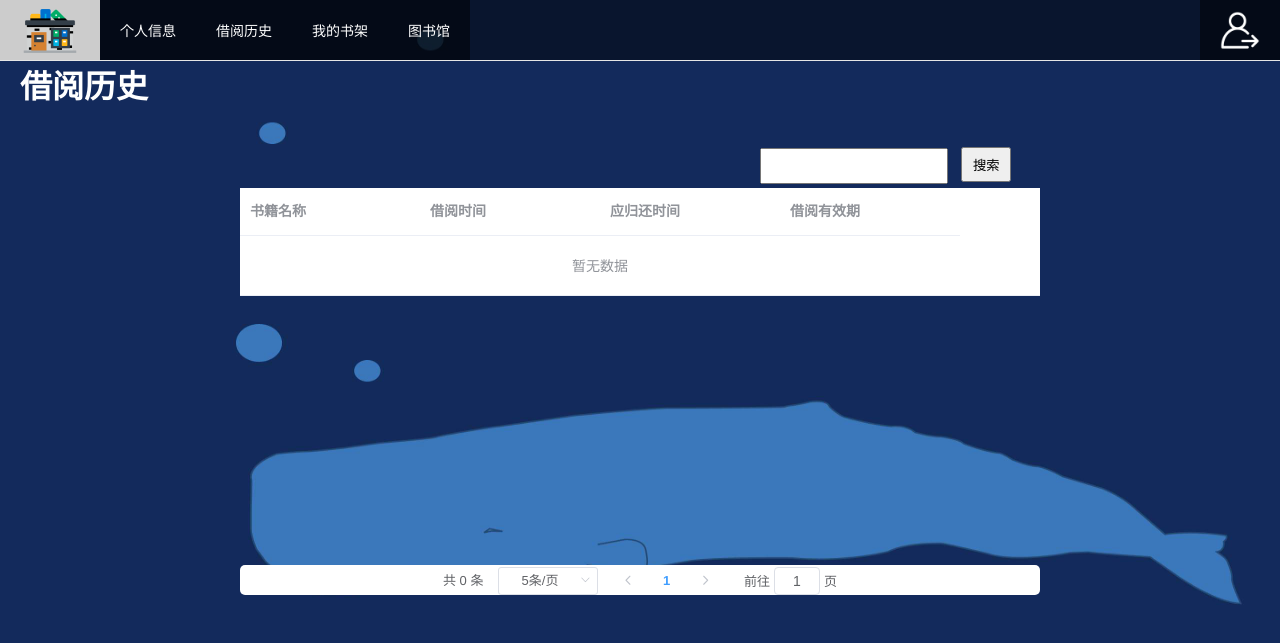
Repository: Akron-xz/helloVue
Page: /#/borrowhistory (app in vue-library/)
These files come from the project's save history. The page is drawn as it stood at one moment and after the next save; the edit follows.
The browser window is 1280 px wide. The pictures show the whole page.
The project was rebuilt for these pictures with package versions that can differ from the ones it lists, and the page was loaded fresh each time. Also part of the build but not shown: vue-library/src/components/homeNav.vue, vue-library/src/views/Home.vue.

Above is the page before, as saved 2020-11-25 17:41:11.

After the next save:
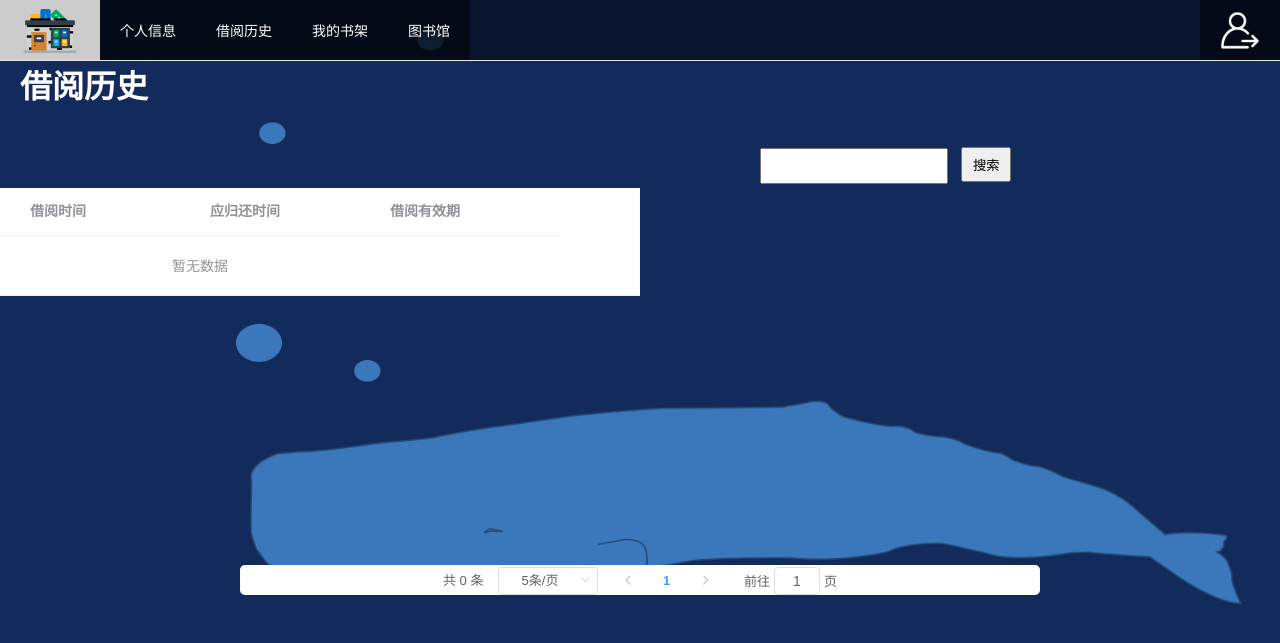
Saved 15 min 24 s later.
--- a/vue-library/src/views/BorrowHistory.vue
+++ b/vue-library/src/views/BorrowHistory.vue
@@ -152,7 +152,7 @@ import userNavigation from '@/components/userNav.vue'
   position: fixed;
   top: 188px;
   right: 50%;
-  margin-right: -400px;
+
   width: 800px;
   border-radius: 10px;
 

After the save that followed:
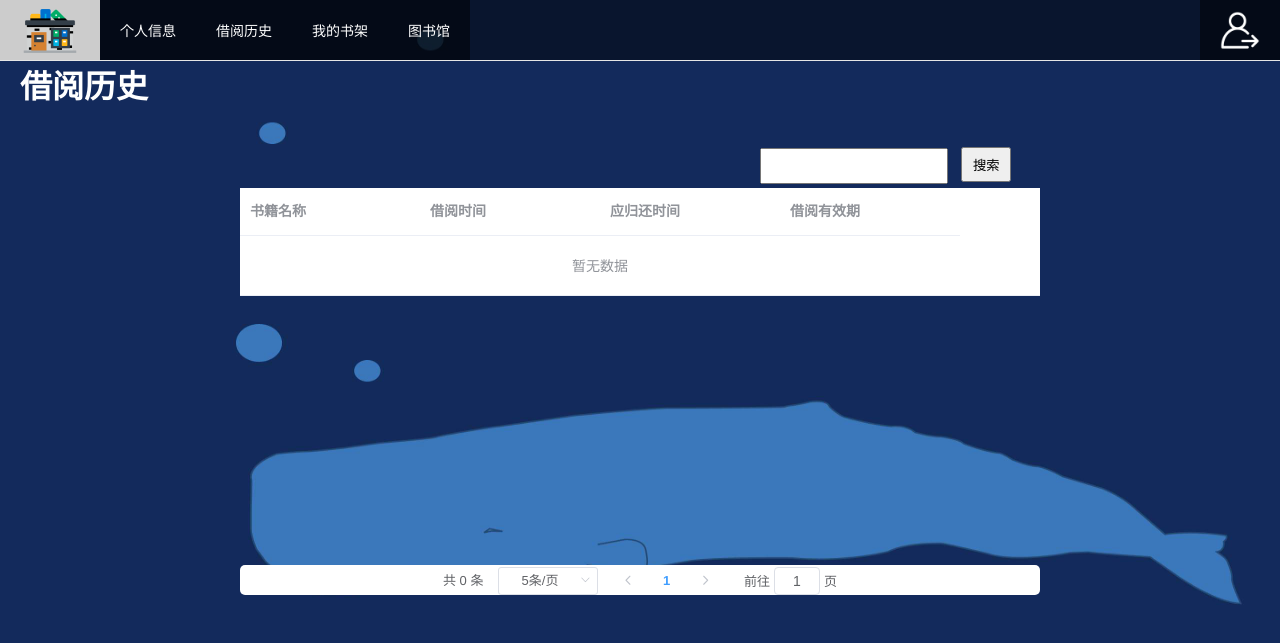
Saved 96 s later.
--- a/vue-library/src/views/BorrowHistory.vue
+++ b/vue-library/src/views/BorrowHistory.vue
@@ -152,7 +152,7 @@ import userNavigation from '@/components/userNav.vue'
   position: fixed;
   top: 188px;
   right: 50%;
-
+  margin-right: -400px;
   width: 800px;
   border-radius: 10px;
 
